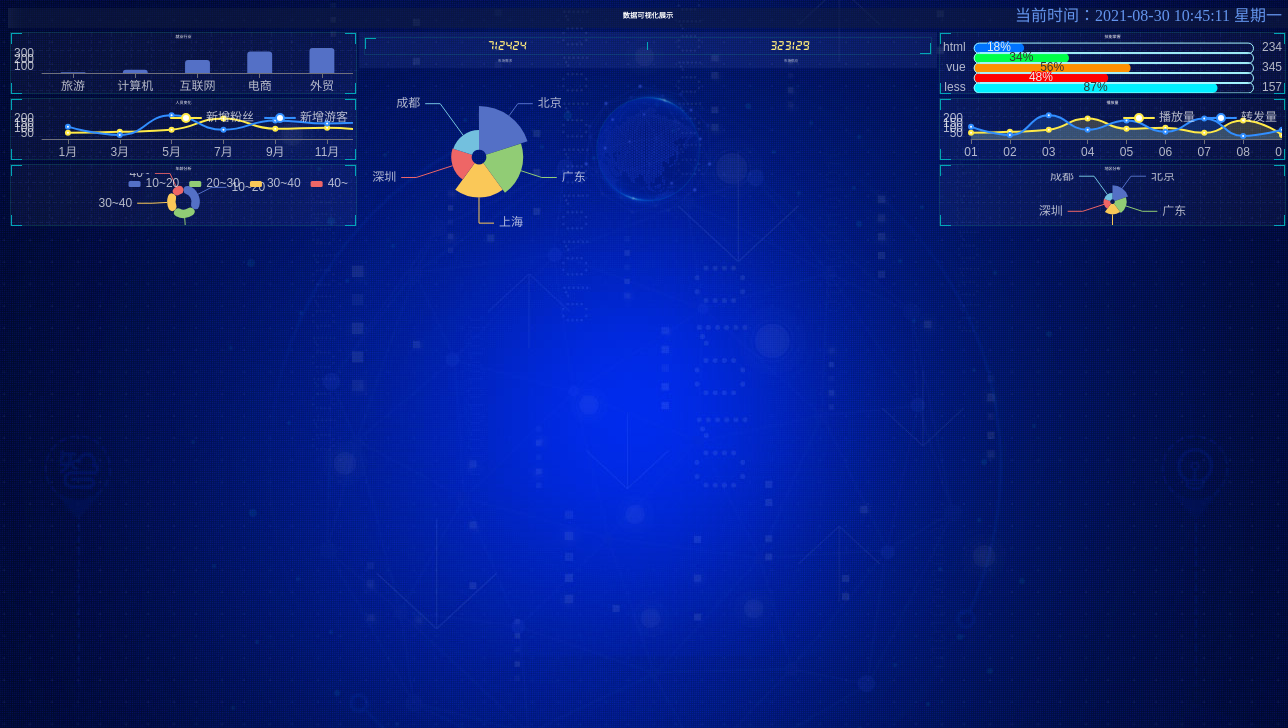
Repository: jiang-1990/DataVM
Page: /
The author's editor kept a copy of each file at every save. The page is drawn from the files as they stood at one save, then again after the next save.
The browser window is 1280 px wide. The page is 1288 px wide, so the pictures cover 1288 px, including what lies to the right of the window. The pictures show the whole page.
The project was rebuilt for these pictures with package versions that can differ from the ones it lists, and the page was loaded fresh each time.

Above is the page before, as saved 2021-08-30 17:15:29.

After the next save:
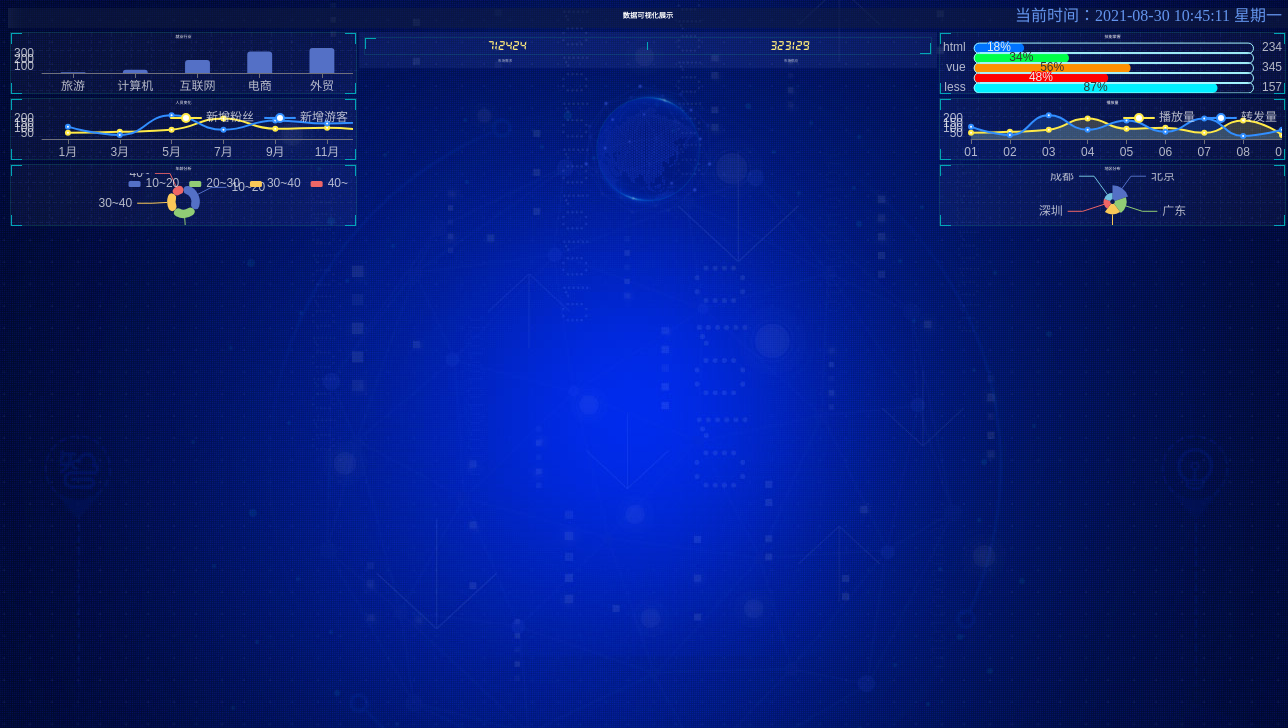
Saved 5 min 30 s later.
--- a/src/components/map.vue
+++ b/src/components/map.vue
@@ -75,7 +75,7 @@
 
 <style scoped>
 .mapChart{
-    height: 10.125rem;
-    width: 15rem;
+    height: 100%;
+    width: 100%;
 }
 </style>

After the save that followed:
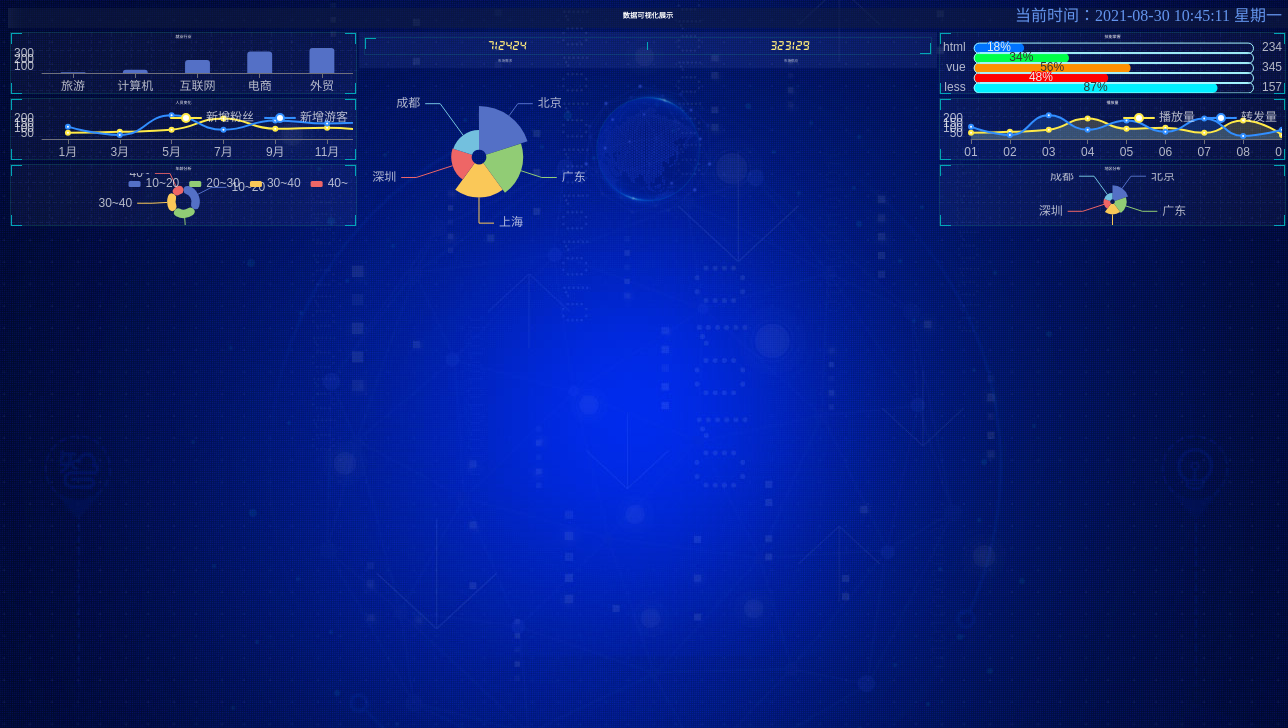
Saved 23 s later.
--- a/src/components/map.vue
+++ b/src/components/map.vue
@@ -75,7 +75,7 @@
 
 <style scoped>
 .mapChart{
-    height: 100%;
-    width: 100%;
+    height: 10.125rem;
+    width: 15rem;
 }
 </style>
